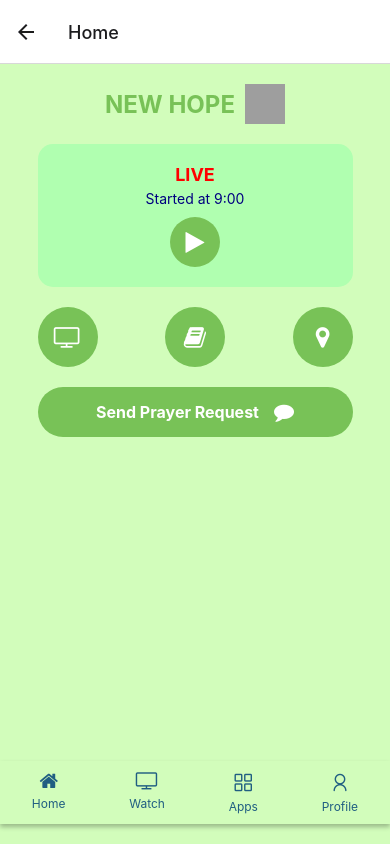
Repository: AbrahamM007/NewHopeChurchApp
Screen: /Home
These files come from the project's save history. The screen is drawn as it stood at one moment and after the next save; the edit follows.
Pictures or frames that could not be fetched are drawn as grey boxes. The app was drawn by React Native's web renderer in a window 390 px wide. The project was rebuilt for these pictures with package versions that can differ from the ones it lists, and the page was loaded fresh each time. Some packages were replaced by stand-ins written for this rebuild. Also part of the build but not shown: screens/SignUpScreen.js.

Above is the screen before, as saved 2024-10-21 17:00:39.

After the next save:
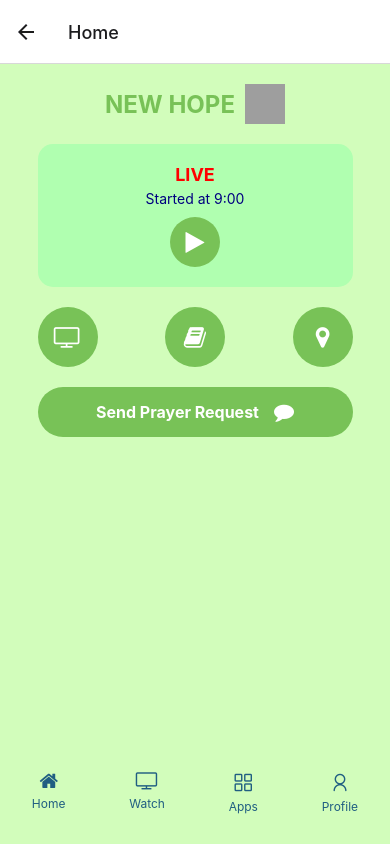
Saved 14 s later.
--- a/screens/HomeScreen.js
+++ b/screens/HomeScreen.js
@@ -161,15 +161,6 @@ const styles = StyleSheet.create({
     paddingVertical: 10,
     position: 'absolute',
     bottom: 20,
-
-    // Shadow properties for iOS
-    shadowColor: '#000',
-    shadowOffset: { width: 0, height: 3 },
-    shadowOpacity: 0.27,
-    shadowRadius: 4.65,
-
-    // Elevation for Android
-    elevation: 6,
   },
   navItem: {
     alignItems: 'center',
